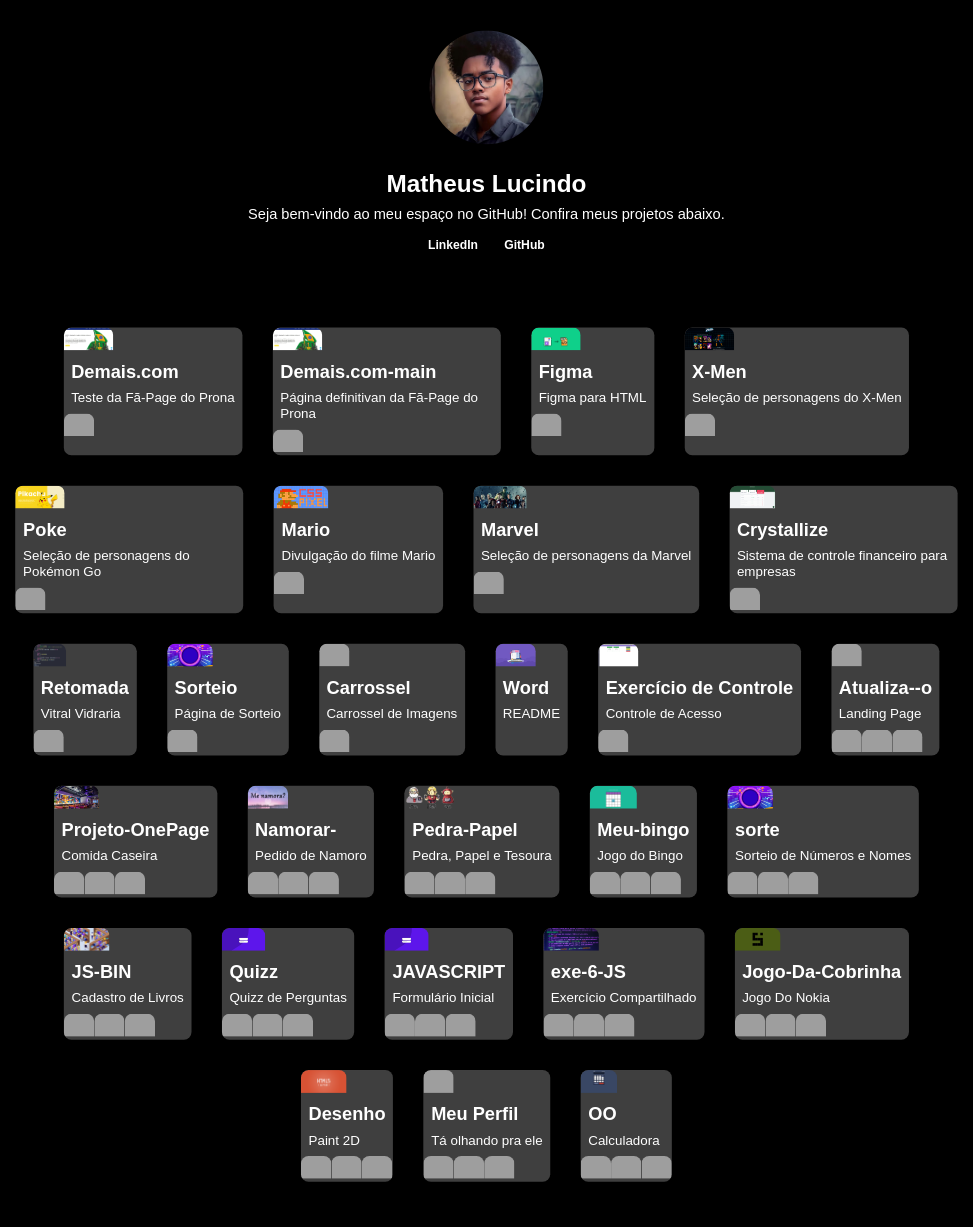
Repository: Matheus904-12/Meu-Perfil
Page: index.html
An editor plug-in stored every save of this project. The page is shown before and after the next save, followed by the edit.
The browser window is 1280 px wide. The pictures show the whole page, at 76% of full size.
Pictures or frames that could not be fetched are drawn as grey boxes.

Above is the page before, as saved 2023-09-26 22:03:02.

### index.html
<!DOCTYPE html>
<html lang="en">
<head>
    <meta charset="UTF-8">
    <meta name="viewport" content="width=device-width, initial-scale=1.0">
    <link rel="stylesheet" href="styles.css">
    <link rel="icon" href="p">
    <title>Seu Perfil</title>
</head>
<body>


    <header>
        <img src="IMG_20230326_185729_968.jpg" alt="Sua Foto de Perfil" class="profile-picture">
        <h1>Matheus Lucindo</h1>
        <p>Seja bem-vindo ao meu espaço no GitHub! Confira meus projetos abaixo.</p>
        <div class="social-links">
            <a href="https://www.linkedin.com/in/matheus-lucindo-b35b68190/" target="_blank">LinkedIn</a>
            <a href="https://github.com/Matheus904-12" target="_blank">GitHub</a>
        </div>
    </header>

    <section class="repositories">
        <!-- Os repositórios serão carregados aqui via JavaScript -->
    </section>

    <script src="script.js"></script>
</body>
</html>

### styles.css
/* styles.css */

body {
    font-family: 'Arial', sans-serif;
    margin: 0;
    padding: 0;
    background-color: #000000;
    color: #fff;
    transition: background-color 0.3s, color 0.3s;
}

.profile-picture {
    border-radius: 50%;
    width: 150px;
    height: 150px;
    margin-bottom: 20px;
    object-fit: cover;
}

header {
    text-align: center;
    padding: 40px;
    background-color: #000000;
    box-shadow: 0px 4px 8px rgba(0, 0, 0, 0.1);
}

h1 {
    font-size: 2em;
    margin: 10px 0;
}

p {
    font-size: 1.2em;
    max-width: 800px;
    margin: 0 auto 20px;
}

.social-links {
    margin-top: 20px;
}

.social-links a {
    display: inline-block;
    margin: 0 15px;
    text-decoration: none;
    color: #fff;
    font-weight: bold;
    transition: color 0.3s;
}

.social-links a:hover {
    color: #00aa1a;
}

.repositories {
    display: flex;
    flex-wrap: wrap;
    justify-content: center;
    margin: 40px 0;
}

.repository-card {
    background-color: #3f3f3f;
    border-radius: 10px;
    box-shadow: 0px 4px 8px rgba(0, 0, 0, 0.1);
    margin: 20px;
    max-width: 300px;
    transition: transform 0.3s, box-shadow 0.3s, background-color 0.3s;
    overflow: hidden;
    color: #fff; /* Cor do texto ajustada */
}

.repository-card img {
    border-radius: 10px 10px 0 0;
    max-width: 100%;
    height: auto;
    max-height: 200px;
    object-fit: cover;
    max-height: 30px; /* Adicionado este estilo para limitar a altura dos ícones */
}

.repository-card h3 {
    margin: 10px;
    font-size: 1.5em;
}

.repository-card p {
    margin: 10px;
    font-size: 1.1em;
}

.repository-card:hover {
    transform: scale(1.05);
    box-shadow: 0 8px 16px rgba(128, 0, 128, 0.1);

}

.repository-card a {
    color: #ffffff; /* Defina a cor de texto desejada aqui */
    text-decoration: none; /* Para remover sublinhado dos links */
}

/* Estilos para tablets (largura máxima de 768px) */
@media screen and (max-width: 768px) {
    header {
        padding: 20px;
    }

    .profile-picture {
        width: 100px;
        height: 100px;
        margin-bottom: 10px;
    }

    h1 {
        font-size: 1.5em;
    }

    p {
        font-size: 1em;
    }

    .social-links a {
        margin: 0 10px;
    }

    .repository-card {
        max-width: 250px;
    }

    .repository-card img {
        max-height: 150px;
    }

    .repository-card h3 {
        font-size: 1.2em;
    }

    .repository-card p {
        font-size: 1em;
    }
}

/* Estilos para dispositivos móveis (largura máxima de 480px) */
@media screen and (max-width: 480px) {
    header {
        padding: 10px;
    }

    .profile-picture {
        width: 80px;
        height: 80px;
        margin-bottom: 5px;
    }

    h1 {
        font-size: 1.2em;
    }

    p {
        font-size: 0.9em;
    }

    .social-links a {
        margin: 0 5px;
    }

    .repository-card {
        max-width: 200px;
    }

    .repository-card img {
        max-height: 120px;
    }

    .repository-card h3 {
        font-size: 1em;
    }

    .repository-card p {
        font-size: 0.8em;
    }
}

### script.js
document.addEventListener('DOMContentLoaded', function() {
    const repositories = [
        {
            name: 'Demais.com',
            description: 'Teste da Fã-Page do Prona',
            coverImage: 'Demais.com.jpg',
            languages: ['']
        },
        {
            name: 'Demais.com-main',
            description: 'Página definitivan da Fã-Page do Prona',
            coverImage: 'Demais.com.jpg',
            languages: ['']
        },
        {
            name: 'Figma',
            description: 'Figma para HTML',
            coverImage: 'Figma_to_html_1.png',
            languages: ['']
        },
        {
            name: 'X-Men',
            description: 'Seleção de personagens do X-Men',
            coverImage: 'xmen.png',
            languages: ['']
        },
        {
            name: 'Poke',
            description: 'Seleção de personagens do Pokémon Go',
            coverImage: 'pokemon-slider.png',
            languages: ['']
        },
        {
            name: 'Mario',
            description: 'Divulgação do filme Mario',
            coverImage: 'css-pixel-art.png',
            languages: ['']
        },
        {
            name: 'Marvel',
            description: 'Seleção de personagens da Marvel',
            coverImage: 'marvel.jpg',
            languages: ['']
        },
        {
            name: 'Crystallize',
            description: 'Sistema de controle financeiro para empresas',
            coverImage: 'sis.png',
            languages: ['']
        },
        {
            name: 'Retomada',
            description: 'Vitral Vidraria',
            coverImage: 'retom.png',
            languages: ['']
        },
        {
            name: 'Sorteio',
            description: 'Página de Sorteio',
            coverImage: 'sorteio.jpg',
            languages: ['']
        },
        {
            name: 'Carrossel',
            description: 'Carrossel de Imagens',
            coverImage: 'car.jpg',
            languages: ['']
        },
        {
            name: 'Word',
            description: 'README',
            coverImage: 'como-fazer-um-bom-readme-preview.png',
            languages: []
        },
        {
            name: 'Exercício de Controle',
            description: 'Controle de Acesso',
            coverImage: 'control.png',
            languages: ['HTML']
        },
        {
            name: 'Atualiza--o',
            description: 'Landing Page',
            coverImage: 'landing.png',
            languages: ['HTML', 'CSS', 'JS']
        },
        {
            name: 'Projeto-OnePage',
            description: 'Comida Caseira',
            coverImage: 'restaurante.jpeg',
            languages: ['HTML', 'CSS', 'JS']
        },
        {
            name: 'Namorar-',
            description: 'Pedido de Namoro',
            coverImage: 'namorar.jpg',
            languages: ['HTML', 'CSS', 'JS']
        },
        {
            name: 'Pedra-Papel',
            description: 'Pedra, Papel e Tesoura',
            coverImage: 'jokenpo.png',
            languages: ['HTML', 'CSS', 'JS']
        },
        {
            name: 'Meu-bingo',
            description: 'Jogo do Bingo',
            coverImage: 'bingo.jpg',
            languages: ['HTML', 'CSS', 'JS']
        },
        {
            name: 'sorte',
            description: 'Sorteio de Números e Nomes',
            coverImage: 'sorteio.jpg',
            languages: ['HTML', 'CSS', 'JS']
        },
        {
            name: 'JS-BIN',
            description: 'Cadastro de Livros',
            coverImage: 'bibliotecas.png',
            languages: ['HTML', 'CSS', 'JS']
        },
        {
            name: 'Quizz',
            description: 'Quizz de Perguntas',
            coverImage: 'a-guide-to-html-css-forms-no-hacks.jpg',
            languages: ['HTML', 'CSS', 'JS']
        },
        {
            name: 'JAVASCRIPT',
            description: 'Formulário Inicial',
            coverImage: 'a-guide-to-html-css-forms-no-hacks.jpg',
            languages: ['HTML', 'CSS', 'JS']
        },
        {
            name: 'exe-6-JS',
            description: 'Exercício Compartilhado',
            coverImage: 'comp.png',
            languages: ['HTML', 'CSS', 'JS']
        },
        {
            name: 'Jogo-Da-Cobrinha',
            description: 'Jogo Do Nokia',
            coverImage: 'cobrinha.png',
            languages: ['HTML', 'CSS', 'JS']
        },
        {
            name: 'Desenho',
            description: 'Paint 2D',
            coverImage: '20151220031246_canvas.png',
            languages: ['HTML', 'CSS', 'JS']
        },
        {
            name: 'Meu Perfil',
            description: 'Tá olhando pra ele',
            coverImage: 'perfi.png',
            languages: ['HTML', 'CSS', 'JS']
        },
        {
            name: 'OO',
            description: 'Calculadora',
            coverImage: 'leva.jpg',
            languages: ['HTML', 'CSS', 'JS']
        },


    ];

    const repositoriesSection = document.querySelector('.repositories');

    repositories.forEach(repository => {
        const card = document.createElement('div');
        card.classList.add('repository-card');

        const languagesIcons = repository.languages.map(lang => `<img src="${lang.toLowerCase()}.png" alt="${lang}">`).join('');

        card.innerHTML = `
            <a href="${repository.link}" target="_blank">
                <div class="card-border">
                    <img src="${repository.coverImage}" alt="Capa do Repositório">
                </div>
                <h3>${repository.name}</h3>
                <p>${repository.description}</p>
                <div class="languages">${languagesIcons}</div>
            </a>
        `;

        card.addEventListener('click', function() {
            card.classList.toggle('selected');
        });

        repositoriesSection.appendChild(card);
    });
});

After the next save:
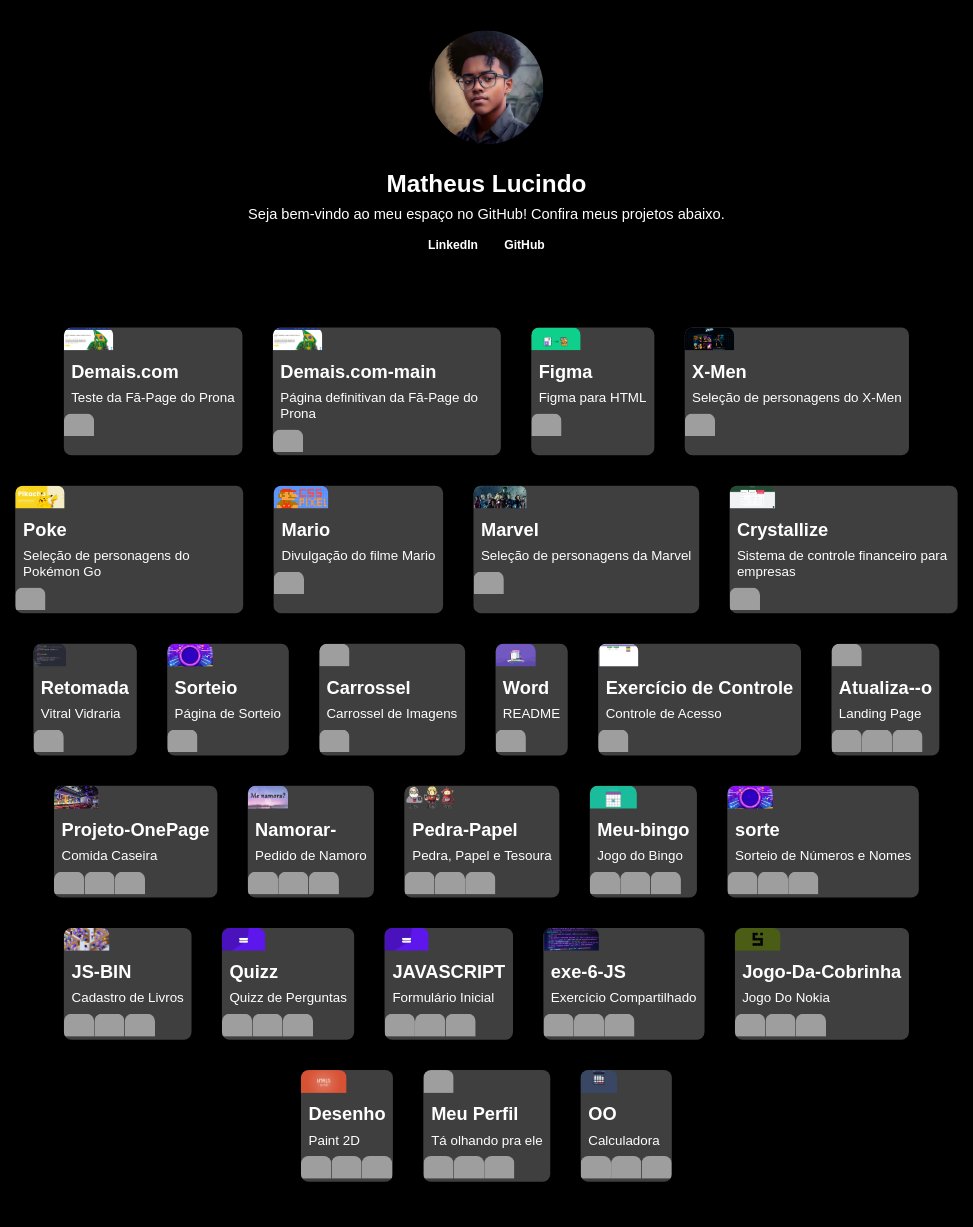
Saved 25 s later.
--- a/script.js
+++ b/script.js
@@ -70,7 +70,7 @@
             name: 'Word',
             description: 'README',
             coverImage: 'como-fazer-um-bom-readme-preview.png',
-            languages: []
+            languages: ['']
         },
         {
             name: 'Exercício de Controle',

After the save that followed:
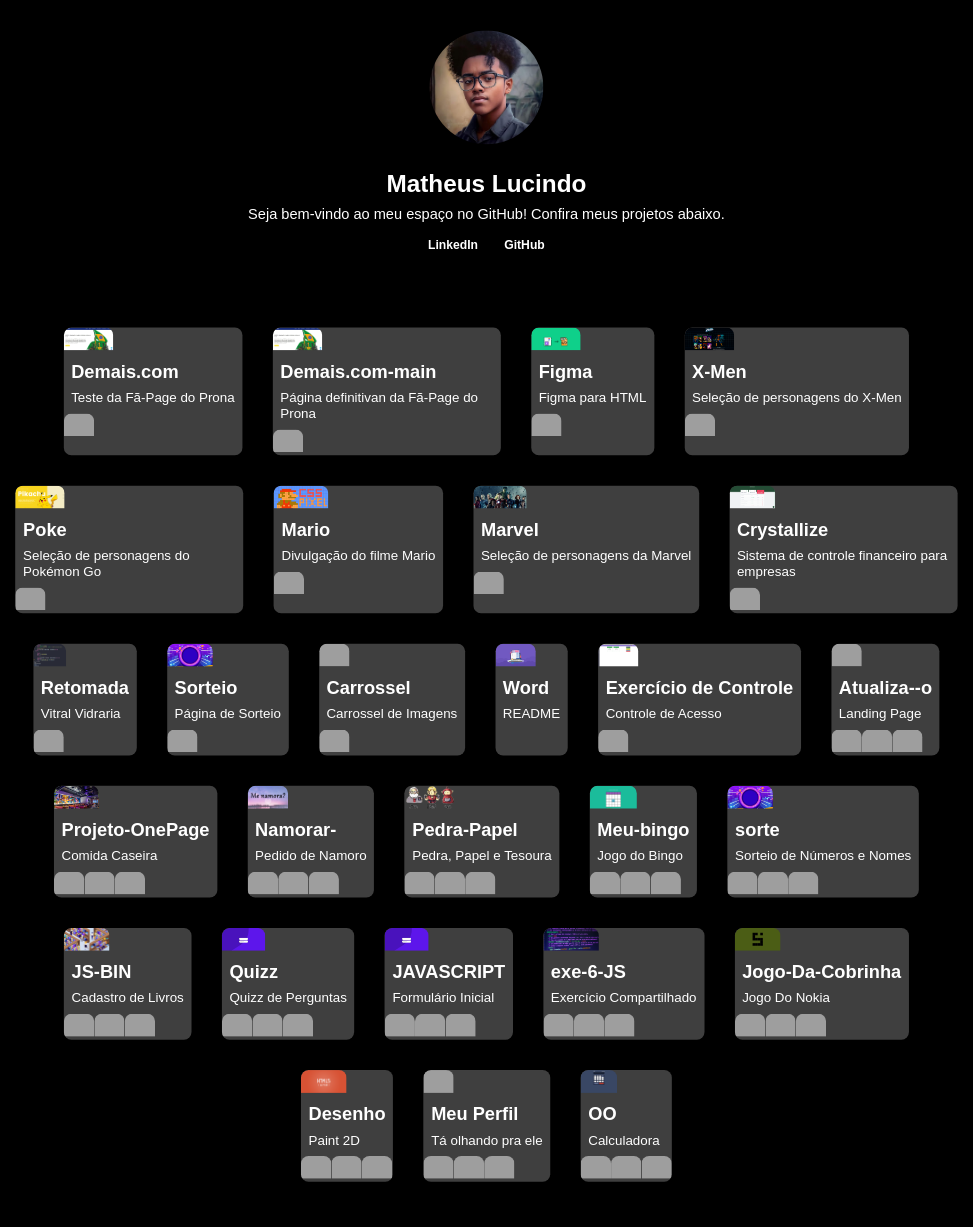
Saved 6 s later.
--- a/script.js
+++ b/script.js
@@ -70,7 +70,7 @@
             name: 'Word',
             description: 'README',
             coverImage: 'como-fazer-um-bom-readme-preview.png',
-            languages: ['']
+            languages: []
         },
         {
             name: 'Exercício de Controle',
